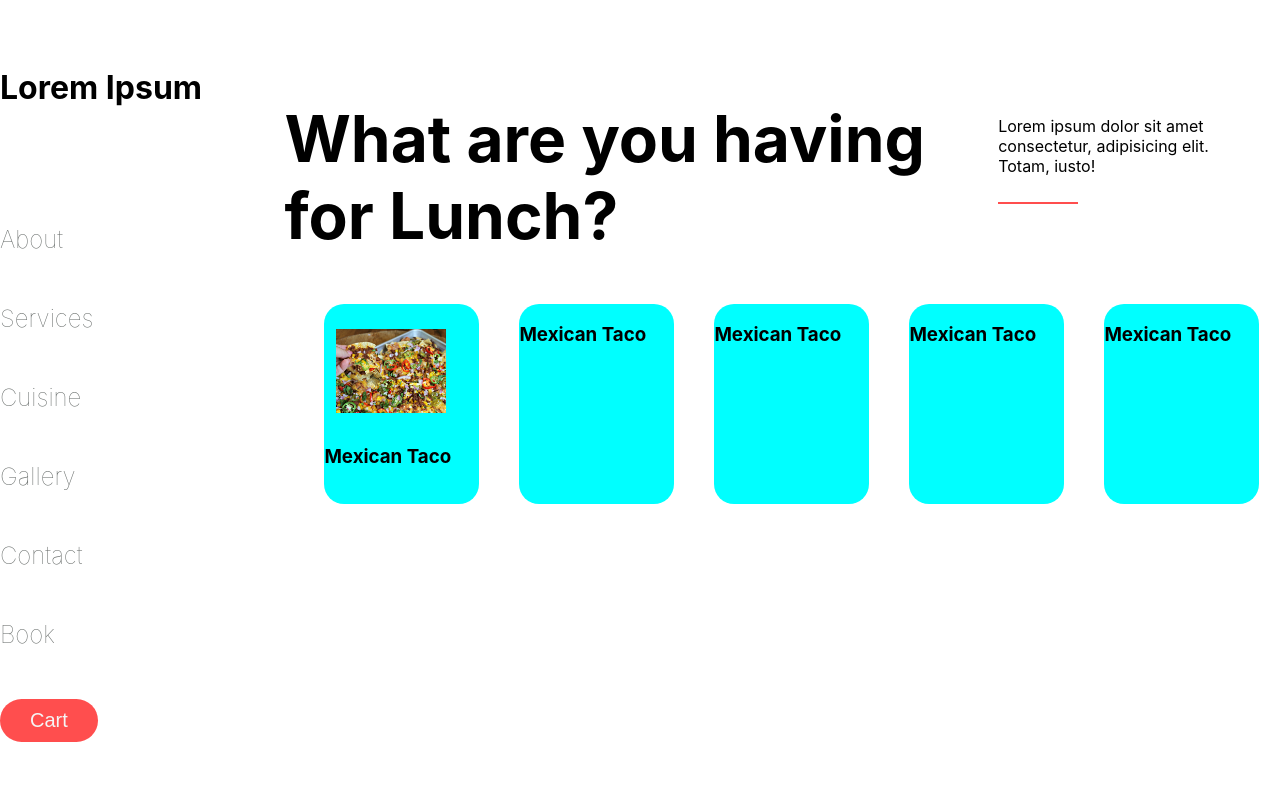
Repository: Marlstergo/assignment2
Page: /
An editor plug-in stored every save of this project. The page is shown before and after the next save, followed by the edit.
The browser window is 1280 px wide. The pictures show the whole page.
The project was rebuilt for these pictures with package versions that can differ from the ones it lists, and the page was loaded fresh each time.

Above is the page before, as saved 2021-07-27 02:52:43.

### src/App.js
import logo from "./logo.svg";
import "./App.css";

import Nachos from './asset/nachos.png'

function App() {
  return (
    <div className="container">
      <div className="full">
        <div className="sidebar">
          <div className="logo">
            <h1>Lorem Ipsum</h1>
          </div>
          <div className="items">
            <div className="item">
              <h2 className="">About</h2>
            </div>
            <div className="item">
              <h2 className="">Services</h2>
            </div>
            <div className="item">
              <h2 className="">Cuisine</h2>
            </div>
            <div className="item">
              <h2 className="">Gallery</h2>
            </div>
            <div className="item">
              <h2 className="">Contact</h2>
            </div>
            <div className="item">
              <h2 className="">Book</h2>
            </div>
            <div className="item">
              <button className="button">Cart</button>
            </div>
          </div>
        </div>
        <div className="main-view">
          <div className="hero">
            <div className="title">
              <h1 className="">What are you having for Lunch?</h1>
            </div>
            <div className="paragraph">
              <p className="">
                Lorem ipsum dolor sit amet consectetur, adipisicing elit. Totam,
                iusto!
              </p>
              <div className="divider"/>
            </div>
          </div>
          <div className="row">
            <div className="cell">
              <div className="imagediv">
                {/* image */}
                <img src={Nachos} alt="nachos" className="" />
              </div>
              <div className="">
                <h3 className="">Mexican Taco</h3>
              </div>
            </div>
            <div className="cell">
              <div className="">{/* image */}</div>
              <div className="">
                <h3 className="">Mexican Taco</h3>
              </div>
            </div>
            <div className="cell">
              <div className="">{/* image */}</div>
              <div className="">
                <h3 className="">Mexican Taco</h3>
              </div>
            </div>
            <div className="cell">
              <div className="">{/* image */}</div>
              <div className="">
                <h3 className="">Mexican Taco</h3>
              </div>
            </div>
            <div className="cell">
              <div className="">{/* image */}</div>
              <div className="">
                <h3 className="">Mexican Taco</h3>
              </div>
            </div>
          </div>
        </div>
      </div>
    </div>
  );
}

export default App;

### src/App.css
.container {
  height: 100vh;
  width: 100%;
  /* padding-left: 1.5rem;
  padding-right: 1.5rem; */
}

@media screen and (min-width: 640px) {
  .container {
    max-width: 640px;
    margin: 0 auto;
  }
}

@media screen and (min-width: 768px) {
  .container {
    max-width: 768px;
  }
}

@media screen and (min-width: 1024px) {
  .container {
    max-width: 1024px;
    /* padding-left: 4rem;
    padding-right: 4rem; */
  }
}

@media screen and (min-width: 1280px) {
  .container {
    max-width: 1280px;
    /* padding-left: 5rem;
    padding-right: 5rem; */
  }
}

@media screen and (min-width: 1536px) {
  .container {
    max-width: 1536px;
  }
}

.full {
  display: grid;
  grid-template-columns: repeat(9, minmax(0, 1fr));
  height: 100%;
}

.sidebar {
  grid-column: span 2 / span 2;
  /* margin: auto 0; */
}
.logo{
  height: 175px;
  display: flex;
  align-items: center;
  /* justify-content: center; */

}

.items{

}

.item{
  color: rgb(101, 106, 104);
  font-weight: 100;
  margin: 50px 0px;
}
.item h2{
  font-weight: 100;

}

.button{
  padding: 10px 30px;
  font-size: 20px;
  border-radius: 50px;
  background-color: rgb(255,78,78);
  border: 0;
  color: whitesmoke;
}

.logo h1{
  padding: auto auto;
}

.main-view{
  grid-column: span 7 / span 7;
}

.row{
  display: flex;
  /* overflow-x: scroll; */

}

.hero{
  margin: 50px 0px;
  margin-top: 100px;
  display: grid;
  grid-template-columns: repeat(9, minmax(0, 1fr));

}
.paragraph{
  grid-column: span 3 / span 3;
  padding: 0 50px;
  border: 10px;
}

.divider{
  border-bottom: 2px solid rgb(255,78,78);
  /* border-color: rgb(255,78,78); */
  width: 80px;
  height: 10px;
}

.title{
  grid-column: span 6 / span 6;
  font-size: 2rem;

}

h1{
  margin: 0;
}

.cell{
  margin-left: 40px;
  background-color: aqua;
  border-radius: 20px;
  height: 200px;
  width: 155px;
}

.imagediv{
  margin: 12px;
  height: 110px;
  width: 110px;
  /* border-radius: 100%; */
  overflow: hidden;
  display: flex;
  justify-content: center;
  align-items: center;
}

img{
  width: 100%;
  /* height: 100%; */
}

Loaded but not shown: public/index.html (common file); src/index.js (common file); src/index.css (common file); src/reportWebVitals.js (common file)

After the next save:
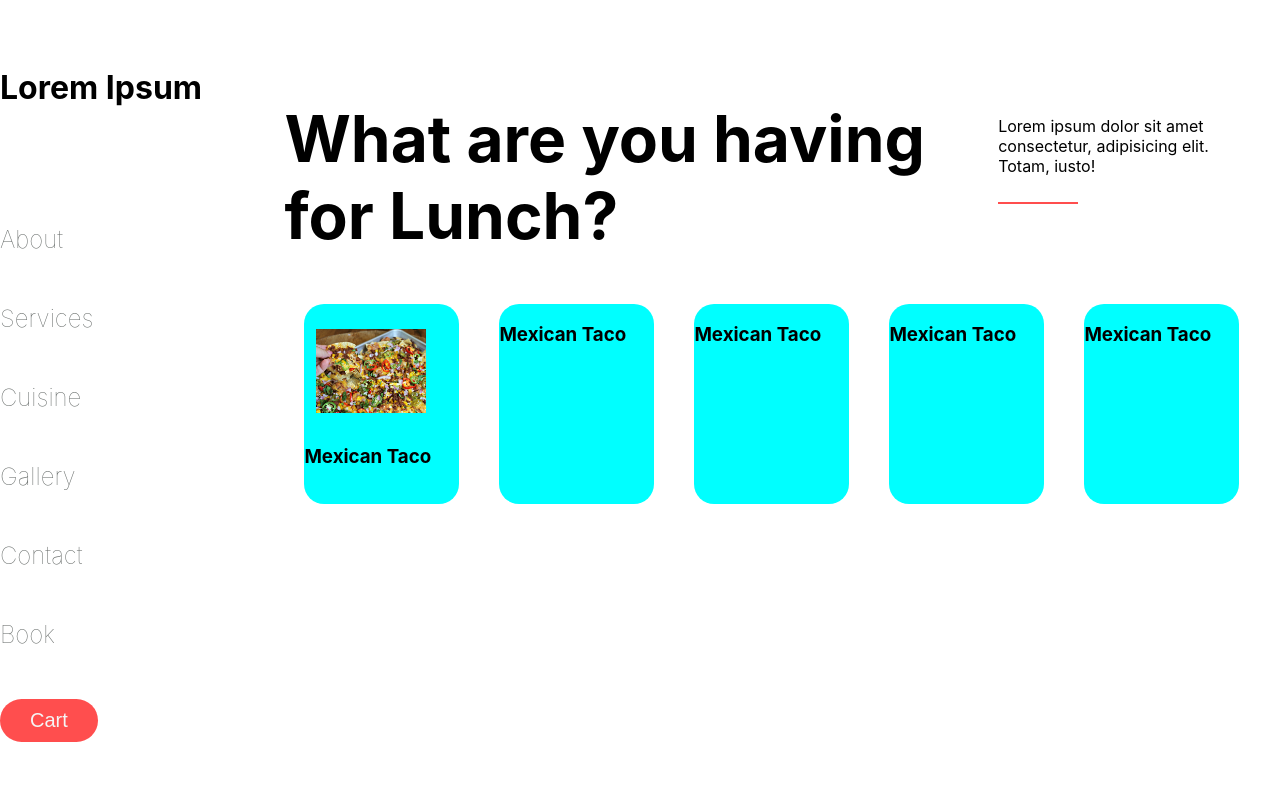
Saved 55 s later.
--- a/src/App.css
+++ b/src/App.css
@@ -126,7 +126,8 @@ h1{
 }
 
 .cell{
-  margin-left: 40px;
+  margin-left: 20px;
+  margin-right: 20px;
   background-color: aqua;
   border-radius: 20px;
   height: 200px;
